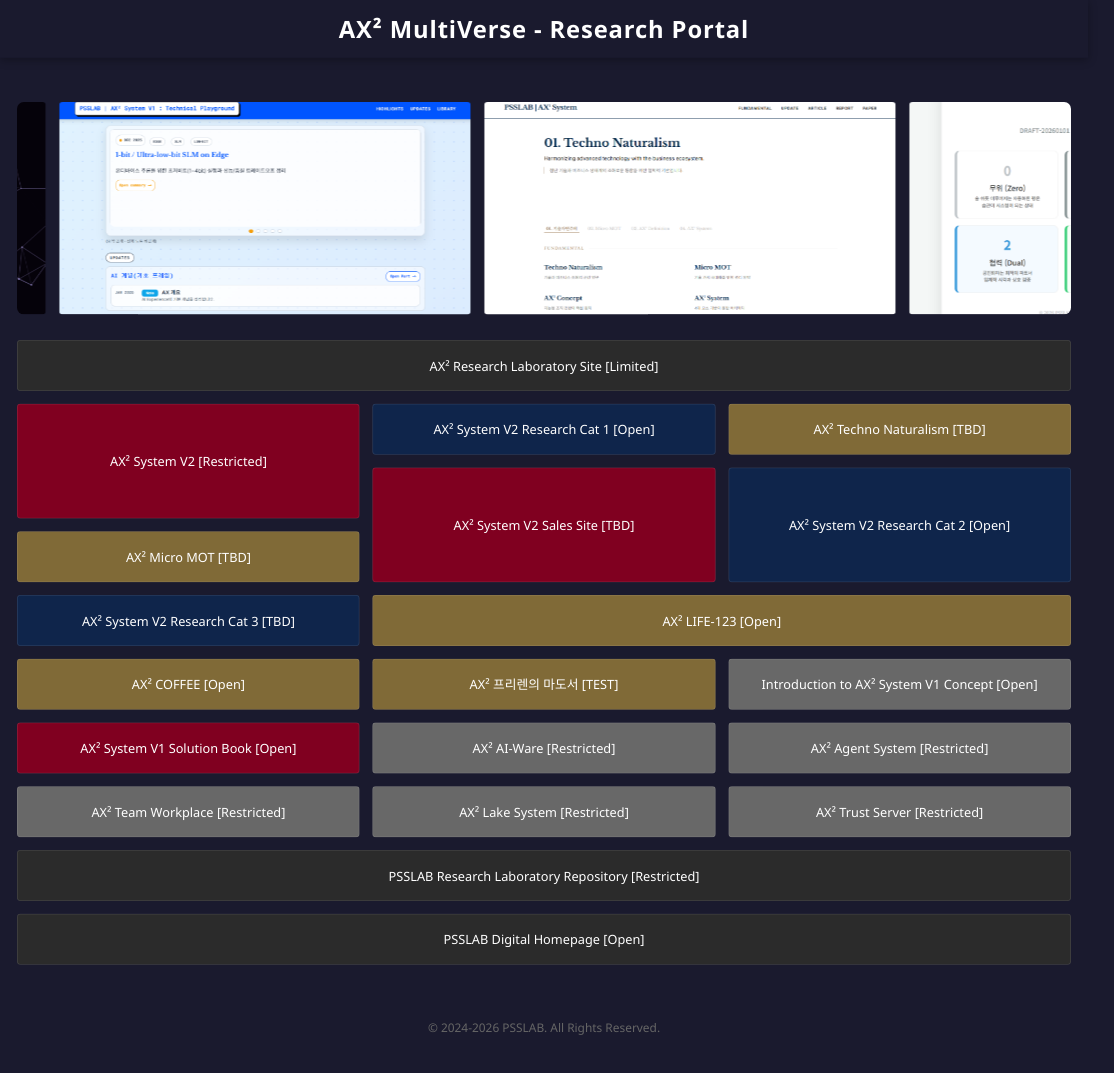
Repository: hycse89/PSSLAB_OpenSite
Page: psslab_multiverse_v3.html
These files come from the project's save history. The page is drawn as it stood at one moment and after the next save; the edit follows.
The browser window is 1280 px wide. The page is 1310 px wide, so the pictures cover 1310 px, including what lies to the right of the window. The pictures show the whole page, at 85% of full size.

Above is the page before, as saved 2026-01-11 21:56:16.

### psslab_multiverse_v3.html
<!DOCTYPE html>
<html lang="en">
<head>
    <meta charset="UTF-8">
    <meta name="viewport" content="width=device-width, initial-scale=1.0">
    <title>PSSLAB MultiVerse Campus - Mondrian Edition</title>

    <link rel="icon" type="image/png" href="favicon.png">

    <style>
        /* General Page Styles */
        body {
            margin: 0;
            background-color: #1a1a2e;
            font-family: 'Segoe UI', Arial, sans-serif;
            display: flex;
            flex-direction: column;
            align-items: center;
            min-height: 100vh;
            color: #ffffff;
        }

        /* Fixed Header */
        .header {
            position: fixed;
            top: 0;
            left: 0;
            width: 100%;
            background-color: #1a1a2e;
            color: #ffffff;
            z-index: 1000;
            padding: 15px 0;
            box-shadow: 0 2px 10px rgba(0,0,0,0.3);
        }

        .header h1 {
            font-size: 28px;
            margin: 0;
            text-align: center;
            letter-spacing: 1px;
        }

        /* Main content container */
        .main-content {
            margin-top: 100px;
            width: 100%;
            max-width: 1400px;
            display: flex;
            flex-direction: column;
            align-items: center;
            padding: 20px;
            box-sizing: border-box;
        }

        /* Image Slider Container */
        .slider-container {
            width: 100%;
            overflow: hidden;
            margin-bottom: 30px;
            border-radius: 8px;
        }

        .slider-wrapper {
            display: flex;
            width: calc(500px * 13);
            animation: scroll 60s linear infinite;
        }

        .slider-image {
            width: 500px;
            height: 250px;
            flex-shrink: 0;
            padding: 0 8px;
            box-sizing: border-box;
        }

        .slider-image img {
            width: 100%;
            height: 100%;
            object-fit: cover;
            border-radius: 4px;
        }

        @keyframes scroll {
            0% { transform: translateX(0); }
            100% { transform: translateX(calc(-500px * 11)); }
        }

        /* --- Mondrian Grid Layout System --- */
        .link-container {
            display: grid;
            /* 최소 너비 350px 확보 */
            grid-template-columns: repeat(auto-fill, minmax(350px, 1fr));
            /* 60px 단위의 눈금 설정 */
            grid-auto-rows: 60px;
            gap: 15px;
            width: 100%;
            /* 빈 공간을 최적으로 메워주는 설정 */
            grid-auto-flow: dense;
        }

        /* Link Button Base Style */
        .link-button {
            display: flex;
            align-items: center;
            justify-content: center;
            padding: 20px;
            font-size: 15px;
            color: white;
            text-decoration: none;
            border-radius: 4px;
            transition: all 0.3s cubic-bezier(0.25, 0.8, 0.25, 1);
            text-align: center;
            box-sizing: border-box;
            line-height: 1.4;
            border: 1px solid rgba(255,255,255,0.1);
        }

        .link-button:hover {
            transform: scale(1.01);
            filter: brightness(1.2);
            box-shadow: 0 5px 15px rgba(0,0,0,0.3);
            z-index: 2;
        }

        /* --- Mondrian Size Classes (Proportional) --- */
        /* 가로 비중 */
        .w-1 { grid-column: span 1; }
        .w-2 { grid-column: span 2; }
        .w-3 { grid-column: span 3; }

        /* 세로 비중 (60px의 배수) */
        .h-1 { grid-row: span 1; } /* 120px + gap */
        .h-2 { grid-row: span 2; } /* 240px + gap */
        .h-3 { grid-row: span 3; } /* 360px + gap */

        /* 특수 크기: 제목 강조형 */
        .size-hero { grid-column: span 2; grid-row: span 4; font-size: 1.2rem; font-weight: bold; }

        /* Button Colors */
        .color-1 { background-color: #0F254B; }
        .color-2 { background-color: #800020; }
        .color-3 { background-color: #806a37; }
        .color-4 { background-color: #2b2b2b; }
        .color-5 { background-color: #686868; }

        footer {
            width: 100%;
            padding: 30px;
            text-align: center;
            background-color: #1a1a2e;
            color: #666;
            font-size: 14px;
        }

        /* Responsive */
        @media (max-width: 768px) {
            .link-container { grid-template-columns: 1fr; }
            .w-2, .h-2, .h-3, .size-hero { grid-column: span 1; grid-row: span 2; }
        }
    </style>
</head>
<body>

    <header class="header">
        <h1>AX² MultiVerse - Research Portal</h1>
    </header>

    <main class="main-content">
        <div class="slider-container">
            <div class="slider-wrapper">
                <div class="slider-image"><img src="./images/Image2.png" alt="2"></div>
                <div class="slider-image"><img src="./images/Image21.png" alt="21"></div>
                <div class="slider-image"><img src="./images/Image22.png" alt="22"></div>
                <div class="slider-image"><img src="./images/Image31.png" alt="31"></div>
                <div class="slider-image"><img src="./images/Image32.png" alt="32"></div>
                <div class="slider-image"><img src="./images/Image11.png" alt="11"></div>
                <div class="slider-image"><img src="./images/Image3.png" alt="3"></div>
                <div class="slider-image"><img src="./images/Image4.png" alt="4"></div>
                <div class="slider-image"><img src="./images/Image5.png" alt="5"></div>
                <div class="slider-image"><img src="./images/Image1.png" alt="1"></div>
                <div class="slider-image"><img src="./images/Image2.png" alt="2"></div>
            </div>
        </div>

        <div class="link-container">
            <a href="https://hycse89.github.io/PSSLAB_OpenSite/ax2_research_lab/" class="link-button color-4 w-3 h-1">AX² Research Laboratory Site [Limited]</a>

            <a href="http://localhost:8008" class="link-button color-2 h-2">AX² System V2 [Restricted]</a>
            <a href="ax2_v1_20260101/index.html" class="link-button color-1 h-1">AX² System V2 Research Cat 1 [Open]</a>
            <a href="http://localhost:8001/utils/markdown_viewer.html?file=/ax_research/doc/doc_ax_techno_naturalism_v5.md" class="link-button color-3 h-1">AX² Techno Naturalism [TBD]</a>

            <a href="ax2_sales/index.html" class="link-button color-2 w-1 h-2">AX² System V2 Sales Site [TBD]</a>
            <a href="ax2_v2_20260101/index.html" class="link-button color-1 h-2">AX² System V2 Research Cat 2 [Open]</a>
            <a href="http://localhost:8001/utils/markdown_viewer.html?file=/ax_research/doc/doc_ax_micro_mot_v2.md" class="link-button color-3 h-1">AX² Micro MOT [TBD]</a>


            <a href="ax2_v3_20260101/index.html" class="link-button color-1 h-1">AX² System V2 Research Cat 3 [TBD]</a>


            <a href="http://localhost:8001/ax_site/ax2_life_123/index.html" class="link-button color-3 w-2 h-1">AX² LIFE-123 [Open]</a>
            <a href="http://localhost:8001/ax_site/ax2_coffee/index.html" class="link-button color-3 h-1">AX² COFFEE [Open]</a>
            <a href="http://localhost:8001/ax_site/ax2_frieren/index.html" class="link-button color-3 h-1">AX² 프리렌의 마도서 [TEST]</a>

            <a href="ax2_v1_concept/ax2_homepage.html" class="link-button color-5 h-1">Introduction to AX² System V1 Concept [Open]</a>
            <a href="ax2_v1_concept/solution_book/index.html" class="link-button color-2 h-1">AX² System V1 Solution Book [Open]</a>
            <a href="http://localhost:8002" class="link-button color-5 w-1 h-1">AX² AI-Ware [Restricted]</a>
            <a href="http://localhost:8003" class="link-button color-5 w-1 h-1">AX² Agent System [Restricted]</a>
            <a href="http://localhost:8007" class="link-button color-5 w-1 h-1">AX² Team Workplace [Restricted]</a>
            <a href="http://localhost:8004" class="link-button color-5 w-1 h-1">AX² Lake System [Restricted]</a>
            <a href="http://localhost:8005" class="link-button color-5 w-1 h-1">AX² Trust Server [Restricted]</a>

            <a href="https://github.com/hycse89" class="link-button color-4 w-3 h-1">PSSLAB Research Laboratory Repository [Restricted]</a>
            <a href="http://www.psslab.co.kr" class="link-button color-4 w-3 h-1">PSSLAB Digital Homepage [Open]</a>
        </div>
    </main>

    <footer>
        <p>&copy; 2024-2026 PSSLAB. All Rights Reserved.</p>
    </footer>

</body>
</html>

After the next save:
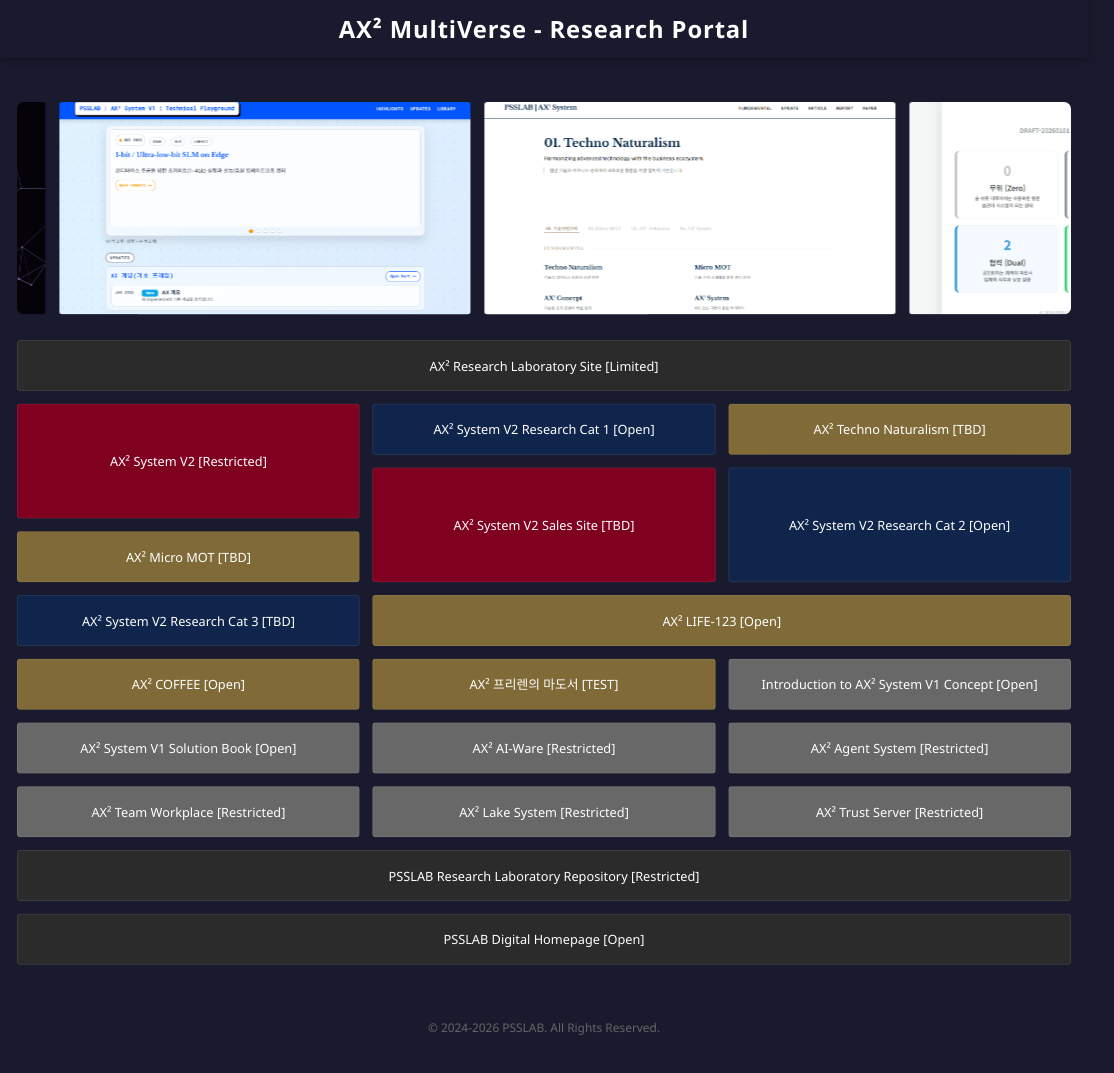
Saved 5 s later.
--- a/psslab_multiverse_v3.html
+++ b/psslab_multiverse_v3.html
@@ -203,7 +203,7 @@
             <a href="http://localhost:8001/ax_site/ax2_frieren/index.html" class="link-button color-3 h-1">AX² 프리렌의 마도서 [TEST]</a>
 
             <a href="ax2_v1_concept/ax2_homepage.html" class="link-button color-5 h-1">Introduction to AX² System V1 Concept [Open]</a>
-            <a href="ax2_v1_concept/solution_book/index.html" class="link-button color-2 h-1">AX² System V1 Solution Book [Open]</a>
+            <a href="ax2_v1_concept/solution_book/index.html" class="link-button color-5 h-1">AX² System V1 Solution Book [Open]</a>
             <a href="http://localhost:8002" class="link-button color-5 w-1 h-1">AX² AI-Ware [Restricted]</a>
             <a href="http://localhost:8003" class="link-button color-5 w-1 h-1">AX² Agent System [Restricted]</a>
             <a href="http://localhost:8007" class="link-button color-5 w-1 h-1">AX² Team Workplace [Restricted]</a>
